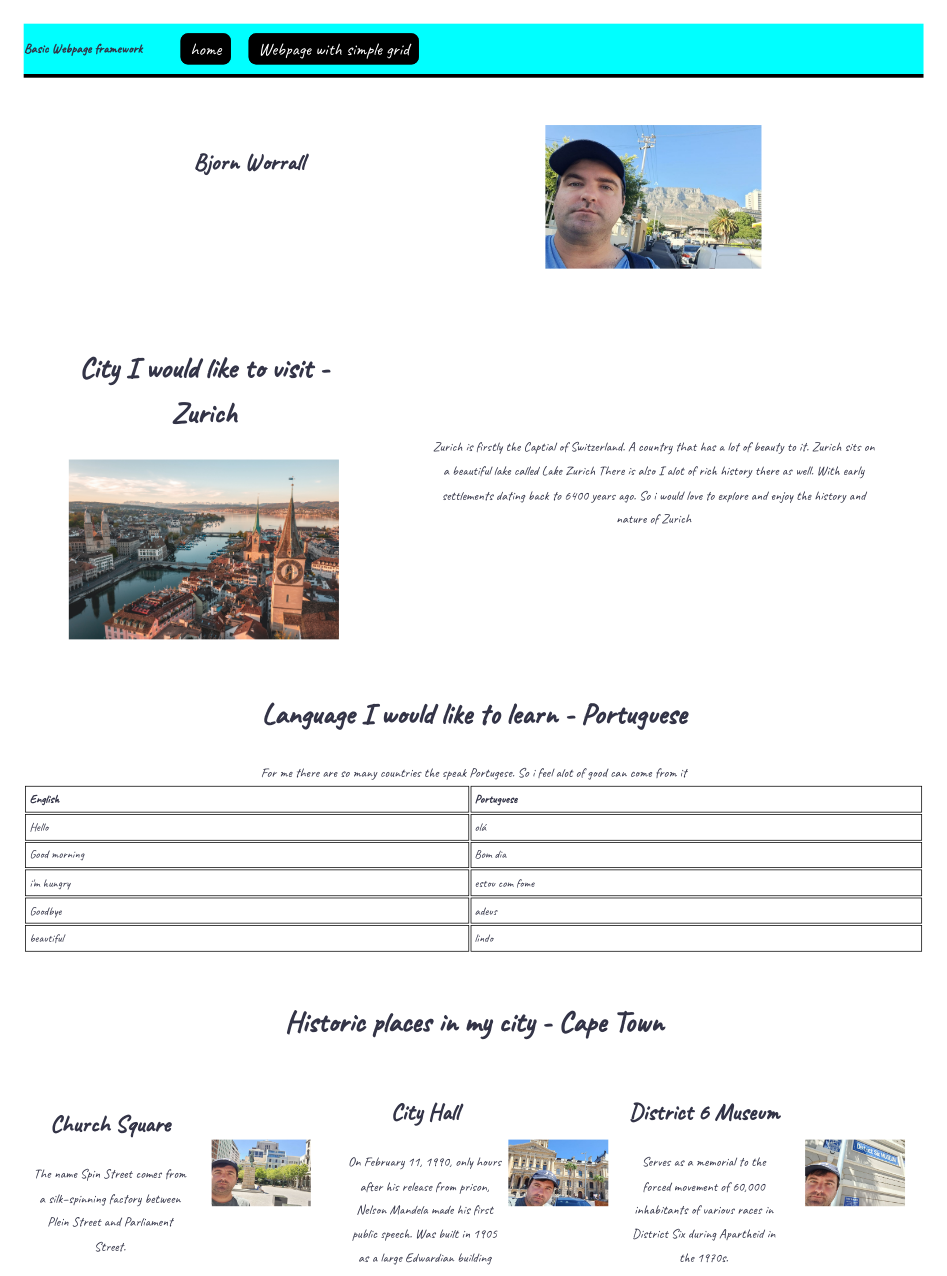
Repository: lasity34/basic-webpage
Page: my - webpage.html
These files come from the project's save history. The page is drawn as it stood at one moment and after the next save; the edit follows.
The browser window is 1280 px wide. The pictures show the whole page, at 74% of full size.

Above is the page before, as saved 2023-03-07 08:07:55.

After the next save:
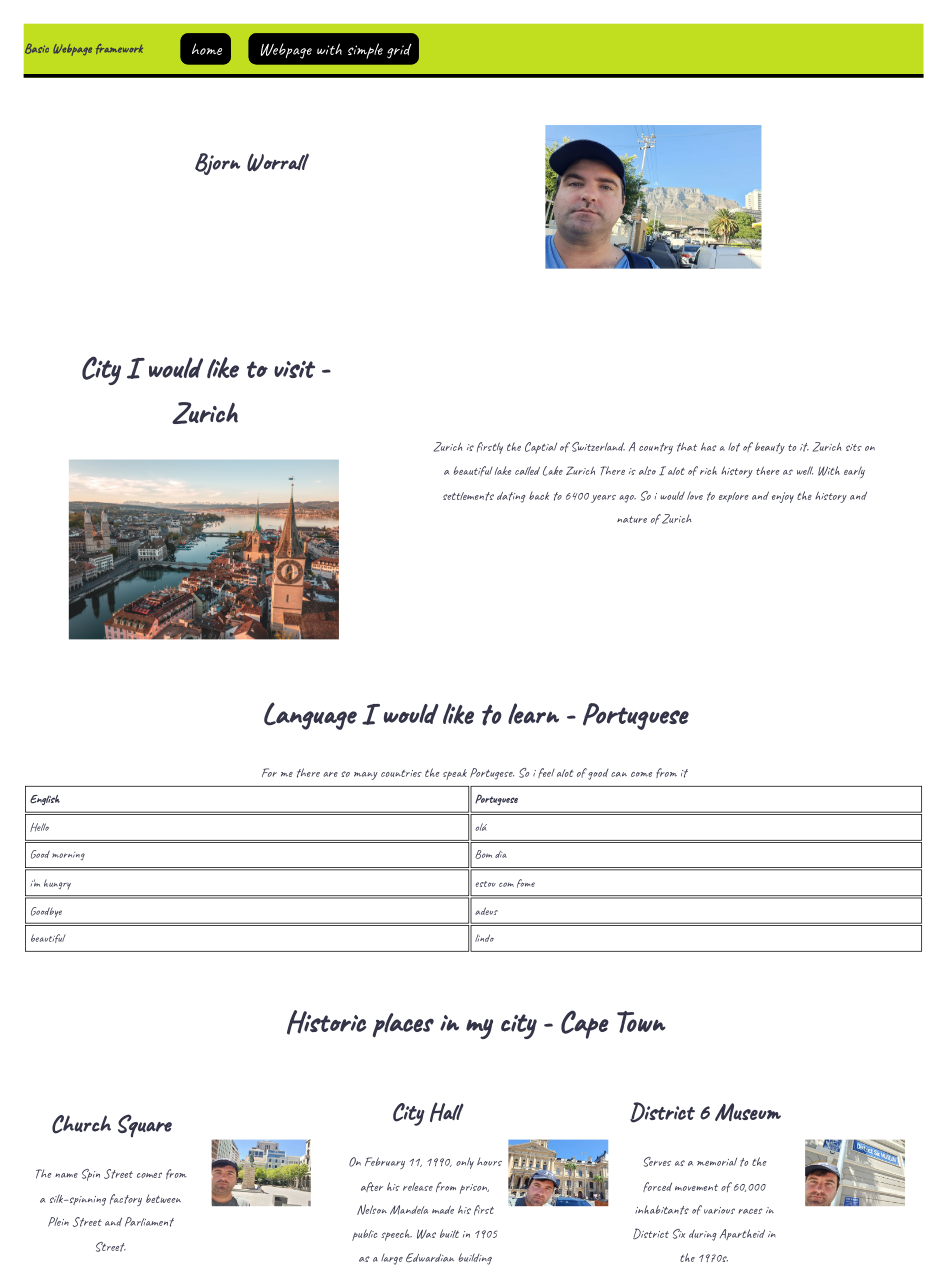
Saved 107 s later.
--- a/styles.css
+++ b/styles.css
@@ -18,12 +18,16 @@ section {
   text-align: center;
 }
 
+header {
+  background-color: #c1df1f
+}
+
 /* Nav bar */
 
 #nav_profile {
   text-align: left;
   display: flex;
-  background-color: aqua;
+
 }
 
 #nav_profile ul {
